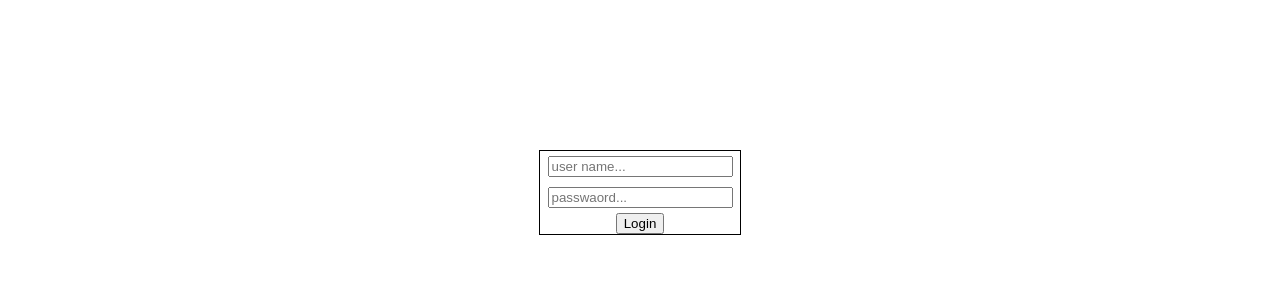
Repository: ehabmelhem/FullStack_Tweetapp
Page: /signup (app in tweet-app-demo/)
An editor plug-in stored every save of this project. The page is shown before and after a run of saves, followed by the edit.
The browser window is 1280 px wide. The pictures show the whole page.
The project was rebuilt for these pictures with package versions that can differ from the ones it lists, and the page was loaded fresh each time. A package was used in the major version that the imports need, not the one package.json lists. Also part of the build but not shown: tweet-app-demo/src/Componets/Login.css, tweet-app-demo/src/Componets/Login.js.

Above is the page before, as saved 2021-01-27 22:15:49.

### tweet-app-demo/src/App.js
import "./App.css";
import { useEffect, useState } from "react";
import { BrowserRouter as Router, Switch, Route, Link } from "react-router-dom";
import Login from "./Componets/Login";
import SignUp from "./Componets/SignUp";

function App() {
  return (
    <Router>
      <div className="app">
        <Switch>
          <Route path="/login">
            <Login />
          </Route>
          <Route path="/signup">
            <SignUp />
          </Route>
          <Route path="/">
            <Link to="/login">
              <button>Login</button>
            </Link>
            <Link to="/signup">
              <button>SignUp</button>
            </Link>
          </Route>
        </Switch>
      </div>
    </Router>
  );
}

export default App;

### tweet-app-demo/src/App.css
.app {
  position: relative;
  top: 150px;
  width: fit-content;
  margin: 0 auto;
}

### tweet-app-demo/src/Componets/SignUp.js
import React from "react";
import "./SignUp.css";
function SignUp() {
  const submitHandler = (e) => {
    e.preventDefault();
  };
  return (
    <div className="signup">
      <form className="flex">
        <input placeholder="user name..." type="text" />
        <input placeholder="passwaord..." type="text" />
        <button onClick={submitHandler} type="submit">
          Login
        </button>
      </form>
    </div>
  );
}

export default SignUp;

### tweet-app-demo/src/Componets/SignUp.css
.signup > .flex {
  width: 200px;
  display: flex;
  flex-wrap: wrap;
  border: 1px solid black;
  justify-content: center;
}
.signup > .flex > input {
  margin-top: 5px;
  margin-bottom: 5px;
}

Loaded but not shown: tweet-app-demo/public/index.html (common file); tweet-app-demo/src/index.js (common file); tweet-app-demo/src/index.css (common file); tweet-app-demo/src/reportWebVitals.js (common file)

After the next 2 saves:
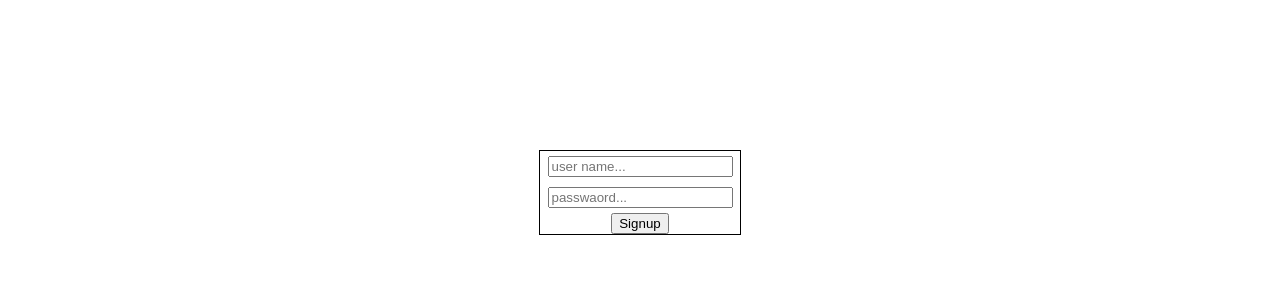
The 2 saves are shown as one change because they came seconds apart.
The last was saved 12 s later.
--- a/tweet-app-demo/src/Componets/SignUp.js
+++ b/tweet-app-demo/src/Componets/SignUp.js
@@ -10,7 +10,7 @@ function SignUp() {
         <input placeholder="user name..." type="text" />
         <input placeholder="passwaord..." type="text" />
         <button onClick={submitHandler} type="submit">
-          Login
+          Signup
         </button>
       </form>
     </div>
